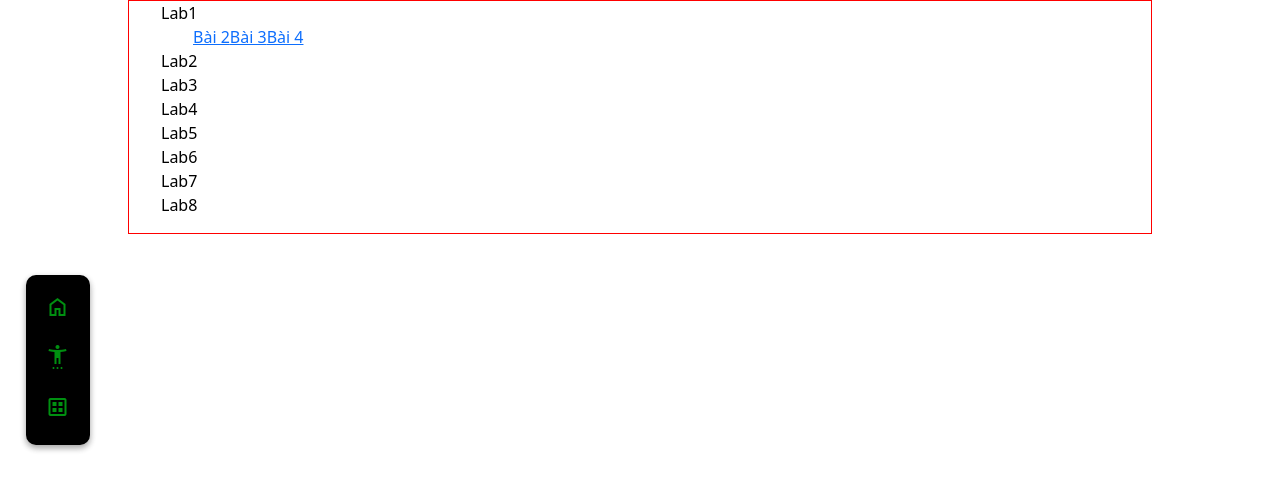
Repository: tuankiet10920/homeworkFEF
Page: /labs
The author's editor kept a copy of each file at every save. The page is drawn from the files as they stood at one save, then again after the next save.
The browser window is 1280 px wide. The pictures show the whole page.
The project was rebuilt for these pictures with package versions that can differ from the ones it lists, and the page was loaded fresh each time. Also part of the build but not shown: vite.config.js, src/components/HelloWorld.vue, src/Labs/Lab1/Bai2.vue, src/views/HomeView.vue.

Above is the page before, as saved 2024-10-22 15:52:28.

### index.html
<!doctype html>
<html lang="en">
  <head>
    <meta charset="UTF-8" />
    <link rel="icon" href="/favicon.ico" />
    <meta name="viewport" content="width=device-width, initial-scale=1.0" />
    <link
      href="https://cdn.jsdelivr.net/npm/bootstrap@5.3.3/dist/css/bootstrap.min.css"
      rel="stylesheet"
      integrity="sha384-QWTKZyjpPEjISv5WaRU9OFeRpok6YctnYmDr5pNlyT2bRjXh0JMhjY6hW+ALEwIH"
      crossorigin="anonymous"
    />
    <link
      rel="stylesheet"
      href="https://fonts.googleapis.com/css2?family=Material+Symbols+Outlined:opsz,wght,FILL,GRAD@20..48,100..700,0..1,-50..200"
    />
    <title>Vite App</title>
    <link rel="stylesheet" href="./src/assets/css/main.css" />
  </head>
  <body>
    <div id="app"></div>
    <script
      src="https://cdn.jsdelivr.net/npm/bootstrap@5.3.3/dist/js/bootstrap.bundle.min.js"
      integrity="sha384-YvpcrYf0tY3lHB60NNkmXc5s9fDVZLESaAA55NDzOxhy9GkcIdslK1eN7N6jIeHz"
      crossorigin="anonymous"
    ></script>
    <script type="module" src="/src/main.js"></script>
  </body>
</html>

### src/assets/css/main.css
* {
  margin: 0;
  padding: 0;
  box-sizing: border-box;
  text-decoration: none;
  color: #000;
  font-size: 16px;
}

### src/App.vue
<script setup>
import { RouterLink, RouterView } from 'vue-router'
import HelloWorld from './components/HelloWorld.vue'
import Icon from './components/Icon.vue'
</script>

<template>
  <header>
    <div class="wrapper">
      <nav>
        <RouterLink to="/">
          <Icon iconName="home" />
        </RouterLink>

        <RouterLink to="/about">
          <Icon iconName="settings_accessibility" />
        </RouterLink>

        <RouterLink to="/labs">
          <Icon iconName="dataset" />
        </RouterLink>
      </nav>
    </div>
  </header>
  <RouterView />
</template>

<style scoped>
.wrapper nav a {
  margin-bottom: 20px;
  width: fit-content;
  text-decoration: none;
}
.wrapper nav a span {
  color: #009011;
}
.wrapper nav a:last-child {
  margin-bottom: 0;
}
nav {
  display: flex;
  flex-direction: column;
  justify-content: center;
  position: absolute;
  top: 50%;
  left: 2%;
  transform: translateY(-50%);
  padding: 20px;
  border-radius: 10px;
  background: #000;
  box-shadow:
    rgba(0, 0, 0, 0.16) 0px 3px 6px,
    rgba(0, 0, 0, 0.23) 0px 3px 6px;
}
</style>

### src/router/index.js
import { createRouter, createWebHistory } from 'vue-router'
import HomeView from '../views/HomeView.vue'

const router = createRouter({
  history: createWebHistory(import.meta.env.BASE_URL),
  routes: [
    {
      path: '/',
      name: 'home',
      component: HomeView,
    },
    {
      path: '/about',
      name: 'about',
      // route level code-splitting
      // this generates a separate chunk (About.[hash].js) for this route
      // which is lazy-loaded when the route is visited.
      component: () => import('../views/AboutView.vue'),
    },
    {
      path: '/labs',
      name: 'labs',
      component: () => import('../views/LabView.vue'),
    },
    // cac bai labs

    // Lab 1
    {
      path: '/bai2lab1',
      name: 'bai2lab1',
      component: () => import('../Labs/Lab1/Bai2.vue'),
    },
    {
      path: '/bai3lab1',
      name: 'bai3lab1',
      component: () => import('../Labs/Lab1/Bai3.vue'),
    },
    {
      path: '/bai4lab1',
      name: 'bai4lab1',
      component: () => import('../Labs/Lab1/Bai4.vue'),
    },
  ],
})

export default router

### src/components/Icon.vue
<script setup>
const props = defineProps(['iconName'])
</script>
<template>
  <span class="material-symbols-outlined"> {{ props.iconName }} </span>
</template>
<style scoped></style>

### src/views/LabView.vue
<script src></script>
<template>
  <header>
    <nav>
      <ul>
        <li>
          Lab1
          <ul>
            <li>
              <RouterLink to="/bai2lab1">Bài 2</RouterLink>
              <RouterLink to="/bai3lab1">Bài 3</RouterLink>
              <RouterLink to="/bai4lab1">Bài 4</RouterLink>
            </li>
          </ul>
        </li>
        <li>Lab2</li>
        <li>Lab3</li>
        <li>Lab4</li>
        <li>Lab5</li>
        <li>Lab6</li>
        <li>Lab7</li>
        <li>Lab8</li>
      </ul>
    </nav>
  </header>
</template>
<style scoped>
header {
  width: 100%;
  display: flex;
  justify-content: center;
}
nav {
  width: 80%;
  border: 1px solid red;
}
li {
  list-style: none;
}
</style>

Loaded but not shown: src/main.js (common file)

After the next save:
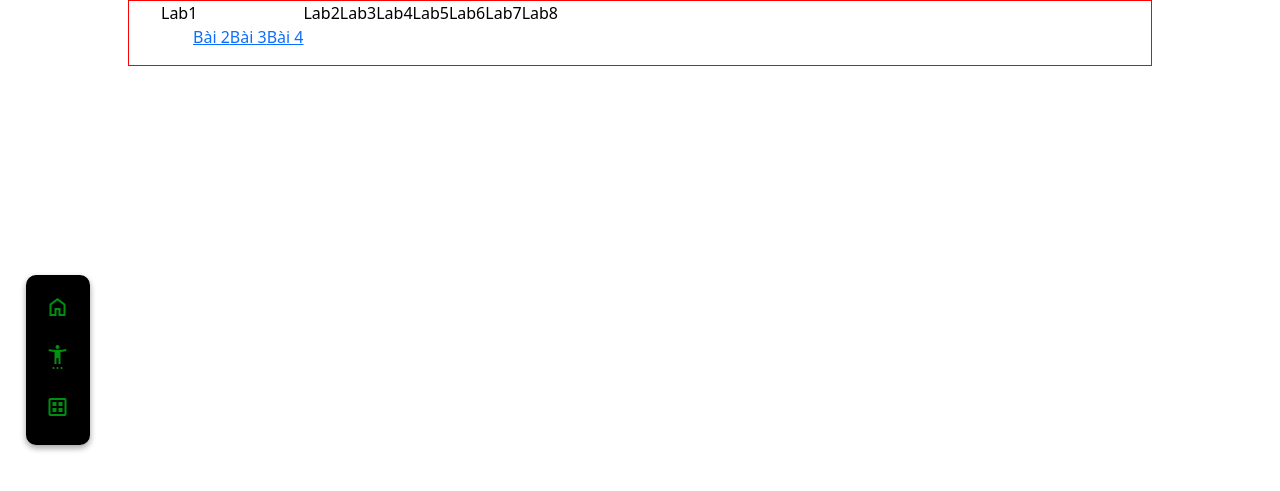
Saved 15 s later.
--- a/src/views/LabView.vue
+++ b/src/views/LabView.vue
@@ -37,4 +37,7 @@ nav {
 li {
   list-style: none;
 }
+ul {
+  display: flex;
+}
 </style>
